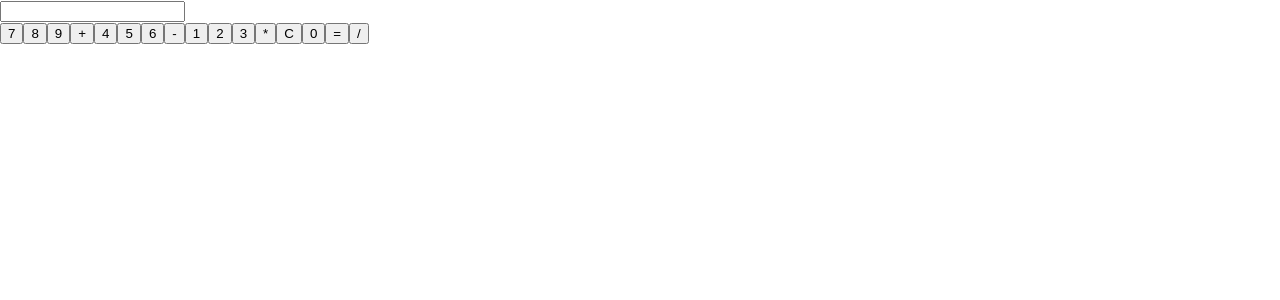
Repository: rajratangm/calculator
Page: /
These files come from the project's save history. The page is drawn as it stood at one moment and after a run of saves; the edit follows.
The browser window is 1280 px wide. The pictures show the whole page.
The project was rebuilt for these pictures with package versions that can differ from the ones it lists, and the page was loaded fresh each time.

Above is the page before, as saved 2024-04-03 10:59:42.

### src/App.js
import logo from './logo.svg';
import './App.css';
import { useState } from 'react';

function App() {
  const [result, setResult]= useState('')
  return (
    <>
    <div className='container'>
      <form>
        <input type='text' value={result}/>
      </form>
      <div className='keypad'>
        <button>7</button>
        <button>8</button>
        <button>9</button>
        <button>+</button>

        <button>4</button>
        <button>5</button>
        <button>6</button>
        <button>-</button>

        <button>1</button>
        <button>2</button>
        <button>3</button>
        <button>*</button>

        <button>C</button>
        <button>0</button>
        <button>=</button>
        <button>/</button>

      </div>
    </div>

    </>
  );
}

export default App;

### src/App.css
body{
  background-color: #f

}

Loaded but not shown: public/index.html (common file); src/index.js (common file); src/index.css (common file); src/reportWebVitals.js (common file)

After the next 2 saves:
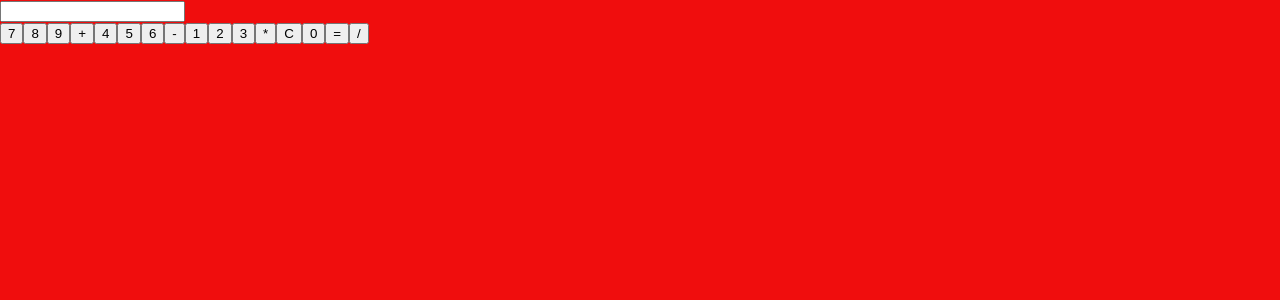
The 2 saves are shown as one change because they came seconds apart.
The last was saved 6 s later.
--- a/src/App.css
+++ b/src/App.css
@@ -1,4 +1,5 @@
 body{
-  background-color: #f
+  background-color: #f00d0d;
+
 
 }
